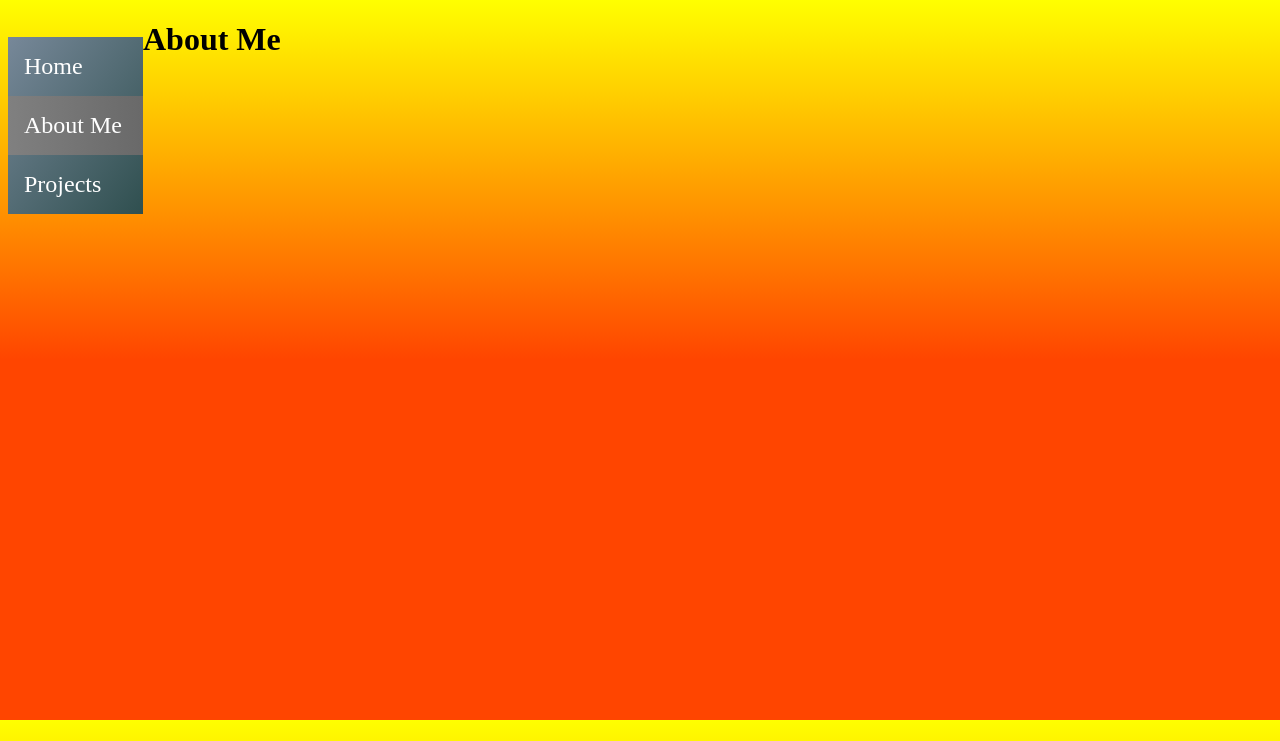
Repository: brody-toth/brody-toth.github.io
Page: about-me.html
The author's editor kept a record of every edit. The page is drawn from the files as they stood at one moment, then again after the next edit.
The browser window is 1280 px wide. The pictures show the whole page.

Above is the page before.

### about-me.html
<!DOCTYPE html>
<html>

  <head>
    <title>About Me</title>
    <link rel="stylesheet" href="style.css" type="text/css">
  </head>

  <body>

    <ul class="navbar">
      <li><a href="home.html">Home</a></li>
      <li class="active"><a href="about-me.html">About Me</a></li>
      <li class = "dropdown">
        <div>Projects</div>
        <ul class="dropdown-content">
          <li><a href="project1.html">Project 1</a></li>
          <li><a href="project2.html">Project 2</a></li>
          <li><a href="project3.html">Project 3</a></li>
        </ul>
      </li>
    </ul>

    <h1 id="header1">About Me</h1>

  </body>

</html>

### style.css
html, body{
    height: 100%;
}

body{
    background-image: linear-gradient(to bottom, yellow, orangered 50%);
}

.navbar{
    list-style: none;
    background-image: linear-gradient(to bottom right, lightslategray, darkslategray);
    width: 135px;
    overflow: hidden;
    float: left;
    padding: 0;
}
.navbar a, .dropdown div{
    text-decoration: none;
    color: white;
    font-size: 24px;
    padding: 16px;
    display: inline-block;
}
.navbar div{
    width: 135px;
}
.navbar li:hover{
    background-color: slategray;
}
.dropdown-content{
    list-style: none;
    padding: 0;
    display: none;
    position: absolute;
    z-index: 2;
    background-image: linear-gradient(to bottom right, lightslategray, darkslategray);
}
.dropdown:hover .dropdown-content{
    display: block;
}
.active{
    background-image: linear-gradient(to right, gray, dimgray)
}

.header{
    text-align: left;
    padding-left: 45%;
    font-family: "Lucida Sans Unicode", "Lucida Grande", sans-serif;
    font-size: 64px;
}

After the next edit:
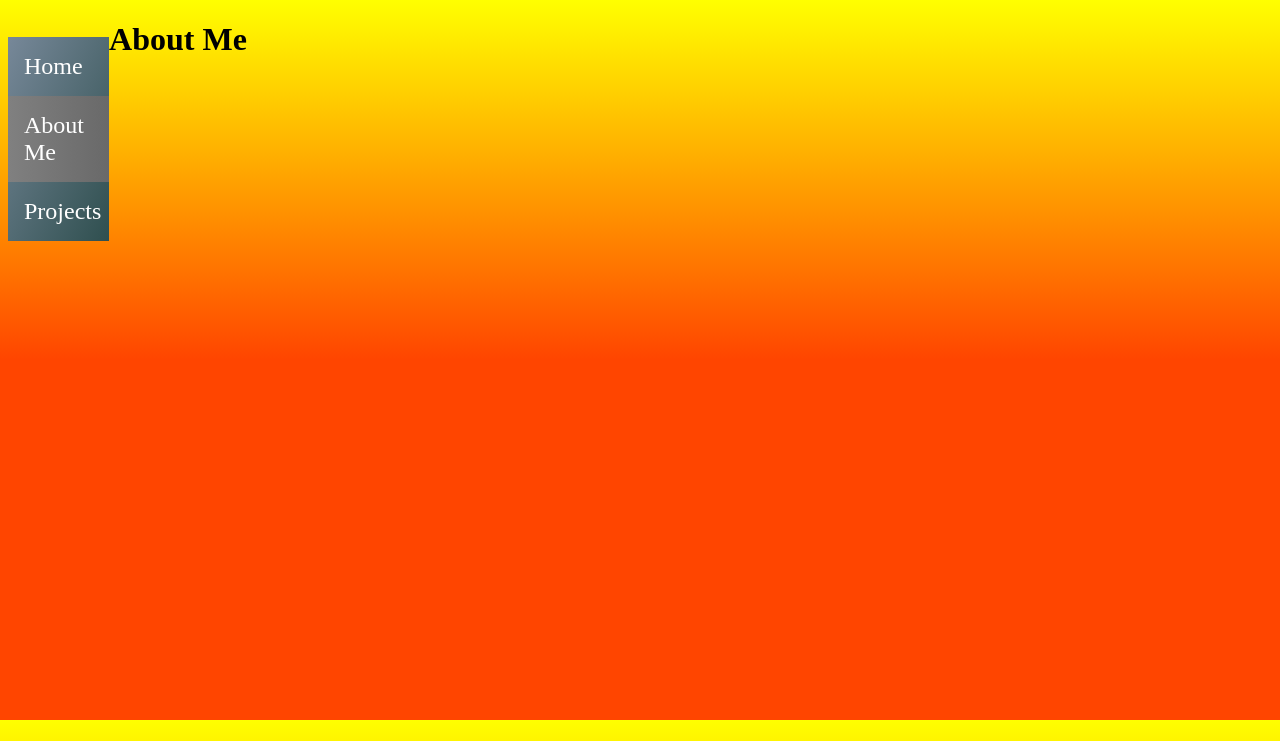
The edit:
--- a/style.css
+++ b/style.css
@@ -9,7 +9,7 @@
 .navbar{
     list-style: none;
     background-image: linear-gradient(to bottom right, lightslategray, darkslategray);
-    width: 135px;
+    width: 8%;
     overflow: hidden;
     float: left;
     padding: 0;
